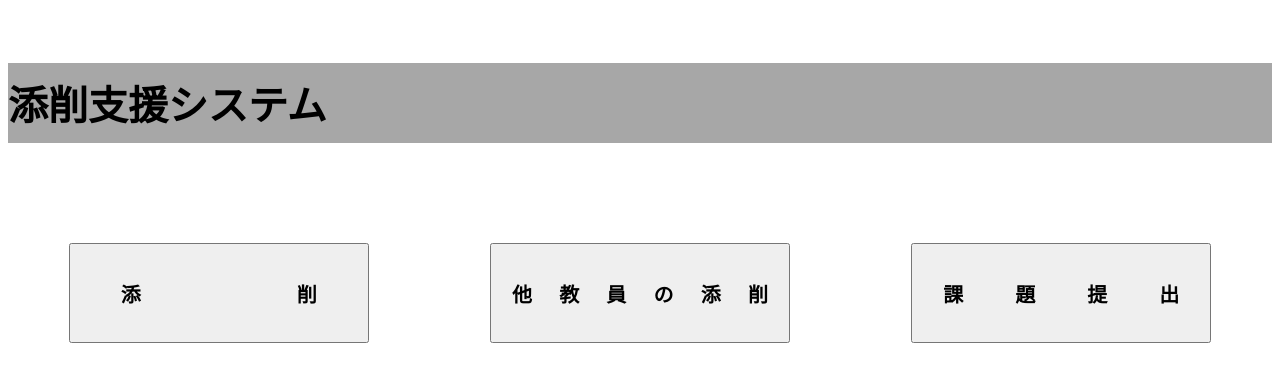
Repository: k-murakami18/canvas_v2
Page: Main.html
An editor plug-in stored every save of this project. The page is shown before and after the next save, followed by the edit.
The browser window is 1280 px wide. The pictures show the whole page.

Above is the page before, as saved 2021-01-04 20:16:36.

After the next save:
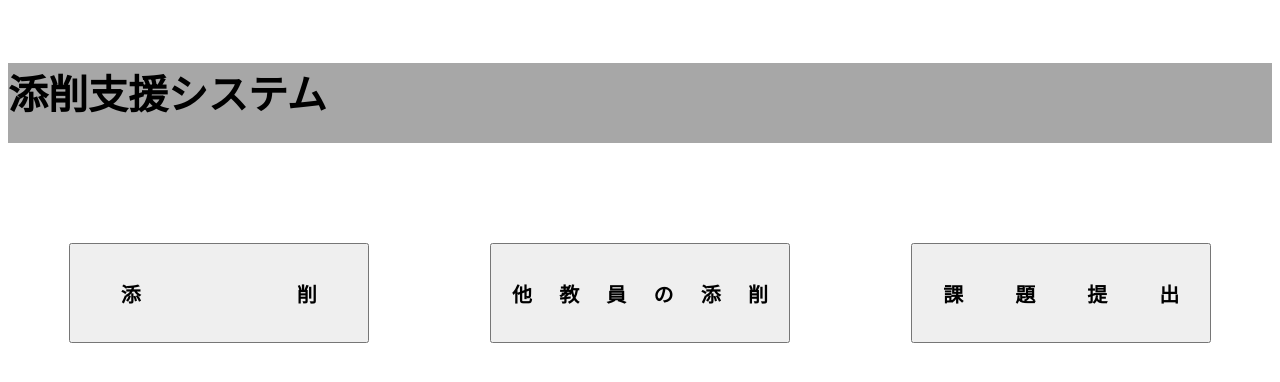
Saved 5 s later.
--- a/style.css
+++ b/style.css
@@ -3,9 +3,9 @@
   width: 100%;
   height: 80px;
   font-size: 20px;
-  display: flex;
+
   background-color: #A7A7A7;
-
+  justify-content: center; /*左右中央*/
   align-items: center; /*上下中央*/
   margin-top: 5%;
   margin-bottom: 100px;
